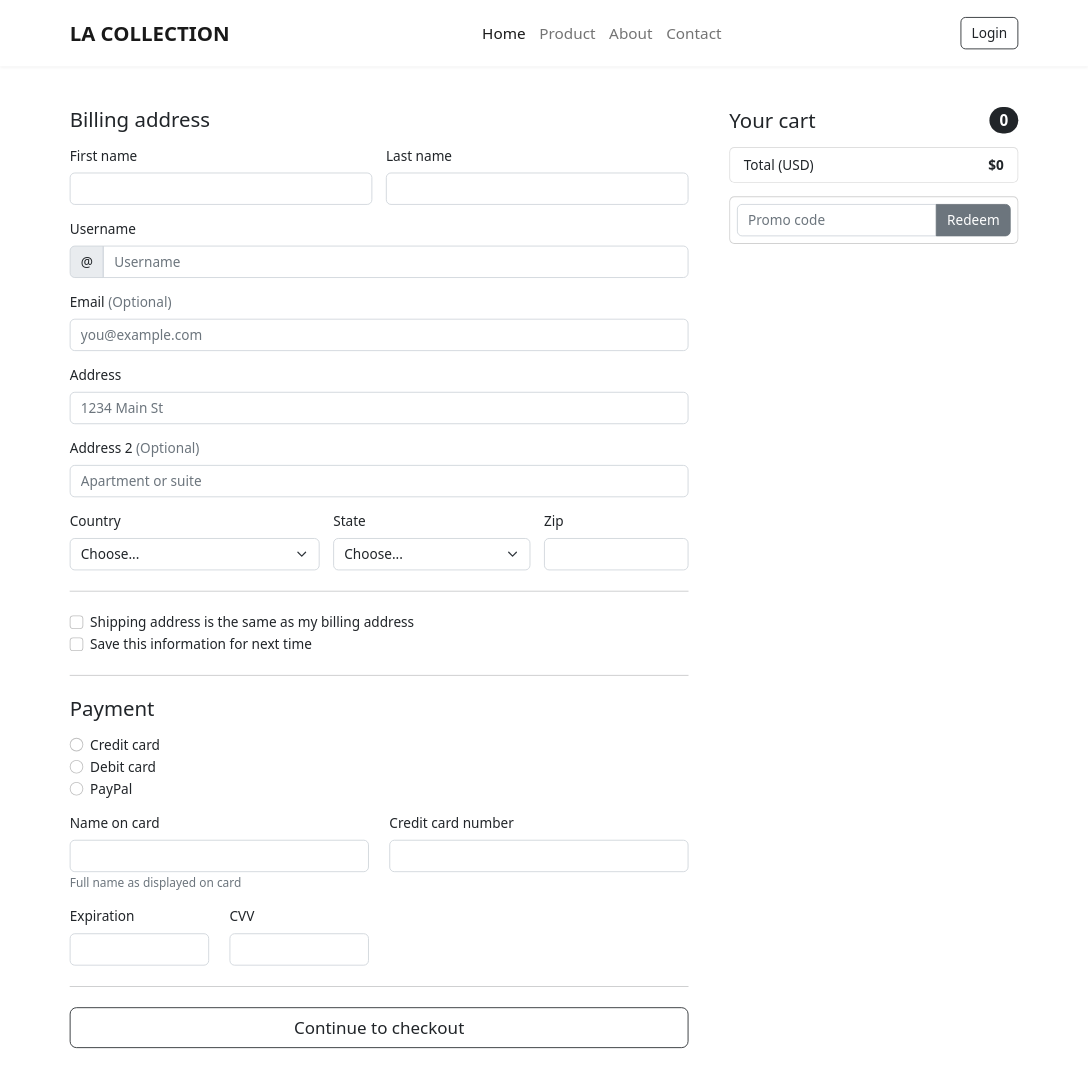
Repository: tiendungjr123/Ecommerce
Page: /checkout
The author's editor kept a copy of each file at every save. The page is drawn from the files as they stood at one save, then again after the next save.
The browser window is 1280 px wide. The pictures show the whole page, at 85% of full size.
The project was rebuilt for these pictures with package versions that can differ from the ones it lists, and the page was loaded fresh each time. Also part of the build but not shown: src/components/Products.jsx, src/components/Home.jsx, src/redux/action/index.js, src/components/ProductDetail.jsx, src/components/About.jsx, src/components/Contact.jsx, src/components/Cart.jsx.

Above is the page before, as saved 2022-10-04 14:52:55.

### src/index.js
import React from 'react';
import ReactDOM from 'react-dom/client';
import './index.css';
import App from './App';
import '../node_modules/bootstrap/dist/css/bootstrap.min.css';
import '../node_modules/font-awesome/css/font-awesome.min.css';
import 'react-loading-skeleton/dist/skeleton.css'
import { BrowserRouter } from 'react-router-dom';
import store from './redux/store';
import { Provider } from 'react-redux';
const root = ReactDOM.createRoot(document.getElementById('root'));
root.render(
   <BrowserRouter>
      <Provider store={store}>
         <App />
      </Provider>
   </BrowserRouter>
);

### src/index.css
body {
   margin: 0;
   font-family: -apple-system, BlinkMacSystemFont, "Segoe UI", "Roboto", "Oxygen", "Ubuntu", "Cantarell", "Fira Sans",
      "Droid Sans", "Helvetica Neue", sans-serif;
   -webkit-font-smoothing: antialiased;
   -moz-osx-font-smoothing: grayscale;
}

code {
   font-family: source-code-pro, Menlo, Monaco, Consolas, "Courier New", monospace;
}

### src/App.js
import './App.css';
import Home from './components/Home';
import Navbar from './components/Navbar';
import {Route,  Routes} from 'react-router-dom';
import Products from './components/Products';
import ProductDetail from './components/ProductDetail';
import About from './components/About';
import Contact from './components/Contact';
import Cart from './components/Cart';
import Checkout from './components/Checkout';
function App() {
   return (
      <>
         <Navbar/>
         <Routes>
            <Route exact path='/' element={<Home/>}/>
            <Route exact path='/products' element={<Products/>}/>
            <Route exact path='/products/:id' element={<ProductDetail/>}/>
            <Route exact path='/about' element={<About/>}/>
            <Route exact path='/contact' element={<Contact/>}/>
            <Route exact path='/cart' element={<Cart/>}/>
            <Route exact path='/checkout' element={<Checkout/>}/>
         </Routes>
      </>
   );
}

export default App;

### src/redux/store.js
import { createStore } from "redux";
import rootReducers from "./reducer";
const store = createStore(rootReducers);

export default store;

### src/App.css
/* Navbar css */

.navbar-nav a{
   font-size: 18px;
}

/* Card css*/

.card{
   transition: all 0.5s ease;
}

.card:hover{
   transform: scale(1);
   box-shadow: 5px 5px 10px rgba(0, 0, 0, 0.5);
}

/* Product detail */
.img-detail{
   transition: all 0.5s ease;
}
.img-detail:hover{
   transform: scale(1.1);
   box-shadow: 5px 5px 10px rgba(0, 0, 0, 0.5);
}

### src/components/Navbar.jsx
import React from 'react';
import { NavLink } from 'react-router-dom';
import { useSelector } from 'react-redux';
import Login from './Login';
const Navbar = () => {
   const state = useSelector((state) => state.handleCart);
   return (
      <div>
         <nav className="navbar navbar-expand-lg bg-white py-3 shadow-sm">
            <div className="container">
               <NavLink className="navbar-brand fw-bold fs-4" to="/">LA COLLECTION</NavLink>
               <button className="navbar-toggler" type="button" data-bs-toggle="collapse" data-bs-target="#navbarSupportedContent" aria-controls="navbarSupportedContent" aria-expanded="false" aria-label="Toggle navigation">
                  <span className="navbar-toggler-icon"></span>
               </button>
               <div className="collapse navbar-collapse" id="navbarSupportedContent">
                  <ul className="navbar-nav mx-auto mb-2 mb-lg-0">
                     <li className="nav-item">
                        <NavLink className="nav-link active" aria-current="page" to="/">Home</NavLink>
                     </li>
                     <li className="nav-item">
                        <NavLink className="nav-link" to="/products">Product</NavLink>
                     </li>
                     <li className="nav-item">
                        <NavLink className="nav-link" to="/about">About</NavLink>
                     </li>
                     <li className="nav-item">
                        <NavLink className="nav-link" to="/contact">Contact</NavLink>
                     </li>
                  </ul>
                  <div className="buttons">
                     {/* <NavLink to="/login" className='btn btn-outline-dark'>
                        <i className='fa fa-sign-in me-1'></i>Login
                     </NavLink>
                     <NavLink to="/register" className='btn btn-outline-dark ms-2'>
                        <i className='fa fa-user-plus me-1'></i>Register
                     </NavLink>
                     <NavLink to="/cart" className='btn btn-outline-dark m-2'>
                        <i className='fa fa-shopping-cart me-1'></i>Cart({state.length})
                     </NavLink> */}
                     <Login />
                  </div>
               </div>
            </div>
         </nav>
      </div>
   );
}

export default Navbar;

### src/components/Checkout.jsx
import React from 'react';
import { useSelector } from 'react-redux';

const Checkout = () => {
   const state = useSelector((state) => state.handleCart);
   var total = 0;
   const productList = (product) =>{
      total = total + product.price;
      return (
         <li className='list-group-item d-flex justify-content-between lh-sm'>
            <div>
               <h6 className='my-0'>{product.title}</h6>
            </div>
            <span className='text-muted'>${product.price}</span>
         </li>
      )
   }
   return (
      <div className='container my-5'>
         <div className="row g-5">
            <div className="col-md-5 col-lg-4 order-md-last">
               <h4 className="d-flex justify-content-between align-items-center mb-3">
                  <span >Your cart</span>
                  <span className="badge bg-dark rounded-pill">{state.length}</span>
               </h4>
               <ul className="list-group mb-3">
                  {state.map(productList)}
                  <li className="list-group-item d-flex justify-content-between">
                     <span>Total (USD)</span>
                     <strong>${total}</strong>
                  </li>
               </ul>

               <form className="card p-2">
                  <div className="input-group">
                     <input type="text" className="form-control" placeholder="Promo code" />
                     <button type="submit" className="btn btn-secondary">Redeem</button>
                  </div>
               </form>
            </div>
            <div className="col-md-7 col-lg-8">
               <h4 className="mb-3">Billing address</h4>
               <form className="needs-validation" novalidate="">
                  <div className="row g-3">
                     <div className="col-sm-6">
                        <label htmlFor="firstName" className="form-label">First name</label>
                        <input type="text" className="form-control" id="firstName" placeholder="" value="" required="" />
                        <div className="invalid-feedback">
                           Valid first name is required.
                        </div>
                     </div>

                     <div className="col-sm-6">
                        <label htmlFor="lastName" className="form-label">Last name</label>
                        <input type="text" className="form-control" id="lastName" placeholder="" value="" required="" />
                        <div className="invalid-feedback">
                           Valid last name is required.
                        </div>
                     </div>

                     <div className="col-12">
                        <label htmlFor="username" className="form-label">Username</label>
                        <div className="input-group has-validation">
                           <span className="input-group-text">@</span>
                           <input type="text" className="form-control" id="username" placeholder="Username" required="" />
                           <div className="invalid-feedback">
                              Your username is required.
                           </div>
                        </div>
                     </div>

                     <div className="col-12">
                        <label htmlFor="email" className="form-label">Email <span className="text-muted">(Optional)</span></label>
                        <input type="email" className="form-control" id="email" placeholder="you@example.com" />
                        <div className="invalid-feedback">
                           Please enter a valid email address for shipping updates.
                        </div>
                     </div>

                     <div className="col-12">
                        <label htmlFor="address" className="form-label">Address</label>
                        <input type="text" className="form-control" id="address" placeholder="1234 Main St" required="" />
                        <div className="invalid-feedback">
                           Please enter your shipping address.
                        </div>
                     </div>

                     <div className="col-12">
                        <label htmlFor="address2" className="form-label">Address 2 <span className="text-muted">(Optional)</span></label>
                        <input type="text" className="form-control" id="address2" placeholder="Apartment or suite" />
                     </div>

                     <div className="col-md-5">
                        <label htmlFor="country" className="form-label">Country</label>
                        <select className="form-select" id="country" required="">
                           <option value="">Choose...</option>
                           <option>United States</option>
                        </select>
                        <div className="invalid-feedback">
                           Please select a valid country.
                        </div>
                     </div>

                     <div className="col-md-4">
                        <label htmlFor="state" className="form-label">State</label>
                        <select className="form-select" id="state" required="">
                           <option value="">Choose...</option>
                           <option>California</option>
                        </select>
                        <div className="invalid-feedback">
                           Please provide a valid state.
                        </div>
                     </div>

                     <div className="col-md-3">
                        <label htmlFor="zip" className="form-label">Zip</label>
                        <input type="text" className="form-control" id="zip" placeholder="" required="" />
                        <div className="invalid-feedback">
                           Zip code required.
                        </div>
                     </div>
                  </div>
                  <hr className="my-4" />
                  <div className="form-check">
                     <input type="checkbox" className="form-check-input" id="same-address" />
                     <label className="form-check-label" htmlFor="same-address">Shipping address is the same as my billing address</label>
                  </div>
                  <div className="form-check">
                     <input type="checkbox" className="form-check-input" id="save-info" />
                     <label className="form-check-label" htmlFor="save-info">Save this information for next time</label>
                  </div>
                  <hr className="my-4" />
                  <h4 className="mb-3">Payment</h4>
                  <div className="my-3">
                     <div className="form-check">
                        <input id="credit" name="paymentMethod" type="radio" className="form-check-input" checked="" required="" />
                        <label className="form-check-label" htmlFor="credit">Credit card</label>
                     </div>
                     <div className="form-check">
                        <input id="debit" name="paymentMethod" type="radio" className="form-check-input" required="" />
                        <label className="form-check-label" htmlFor="debit">Debit card</label>
                     </div>
                     <div className="form-check">
                        <input id="paypal" name="paymentMethod" type="radio" className="form-check-input" required="" />
                        <label className="form-check-label" htmlFor="paypal">PayPal</label>
                     </div>
                  </div>
                  <div className="row gy-3">
                     <div className="col-md-6">
                        <label htmlFor="cc-name" className="form-label">Name on card</label>
                        <input type="text" className="form-control" id="cc-name" placeholder="" required="" />
                        <small className="text-muted">Full name as displayed on card</small>
                        <div className="invalid-feedback">
                           Name on card is required
                        </div>
                     </div>

                     <div className="col-md-6">
                        <label htmlFor="cc-number" className="form-label">Credit card number</label>
                        <input type="text" className="form-control" id="cc-number" placeholder="" required="" />
                        <div className="invalid-feedback">
                           Credit card number is required
                        </div>
                     </div>

                     <div className="col-md-3">
                        <label htmlFor="cc-expiration" className="form-label">Expiration</label>
                        <input type="text" className="form-control" id="cc-expiration" placeholder="" required="" />
                        <div className="invalid-feedback">
                           Expiration date required
                        </div>
                     </div>

                     <div className="col-md-3">
                        <label htmlFor="cc-cvv" className="form-label">CVV</label>
                        <input type="text" className="form-control" id="cc-cvv" placeholder="" required="" />
                        <div className="invalid-feedback">
                           Security code required
                        </div>
                     </div>
                  </div>
                  <hr className="my-4" />
                  <button className="w-100 btn btn-outline-dark btn-lg" type="submit">Continue to checkout</button>
               </form>
            </div>
         </div>
      </div>
   );
}

export default Checkout;

### src/redux/reducer/index.js
import handleCart from "./handleCart";
import { combineReducers } from "redux";

const rootReducers =  combineReducers({
   handleCart,
})

export default rootReducers;

### src/components/Login.jsx
import React from 'react';

const Login = () => {
   return (
      <>
         <button type="button" class="btn btn-outline-dark" data-bs-toggle="modal" data-bs-target="#exampleModal">
            Login
         </button>
         <div class="modal fade" id="exampleModal" tabindex="-1" aria-labelledby="exampleModalLabel" aria-hidden="true">
            <div class="modal-dialog">
               <div class="modal-content">
                  <div class="modal-header">
                     <h1 class="modal-title fs-5" id="exampleModalLabel">Modal title</h1>
                     <button type="button" class="btn-close" data-bs-dismiss="modal" aria-label="Close"></button>
                  </div>
                  <div class="modal-body">
                     ...
                  </div>
                  <div class="modal-footer">
                     <button type="button" class="btn btn-secondary" data-bs-dismiss="modal">Close</button>
                     <button type="button" class="btn btn-primary">Save changes</button>
                  </div>
               </div>
            </div>
         </div>
      </>
   );
}

export default Login;

### src/redux/reducer/handleCart.js
const cart = [];

const handleCart = (state = cart, action) => {
   const product = action.payload;
   switch (action.type) {
      case 'cart/addProduct':
         const exist = state.find((x) => x.id === product.id);
         if (exist) {
            return state.map((x) => x.id === product.id ? { ...x, qty: x.qty + 1 } : x)
         }else{
            const product = action.payload;
            return [
               ...state,
               {
                  ...product,
                  qty: 1,
               }
            ]
         }
         break;
      case 'cart/deleteProduct':
         const exist1 = state.find((x) => x.id === product.id);
         if(exist1.qty === 1){
            return state.filter((x) => x.id !== exist1.id)
         }
         else{
            return state.map((x) =>
               x.id === product.id ? {...x, qty: x.qty-1}:x
            );
         }
         break;
      default:
         return state;
   }
}

export default handleCart;

Loaded but not shown: public/index.html (common file)

After the next save:
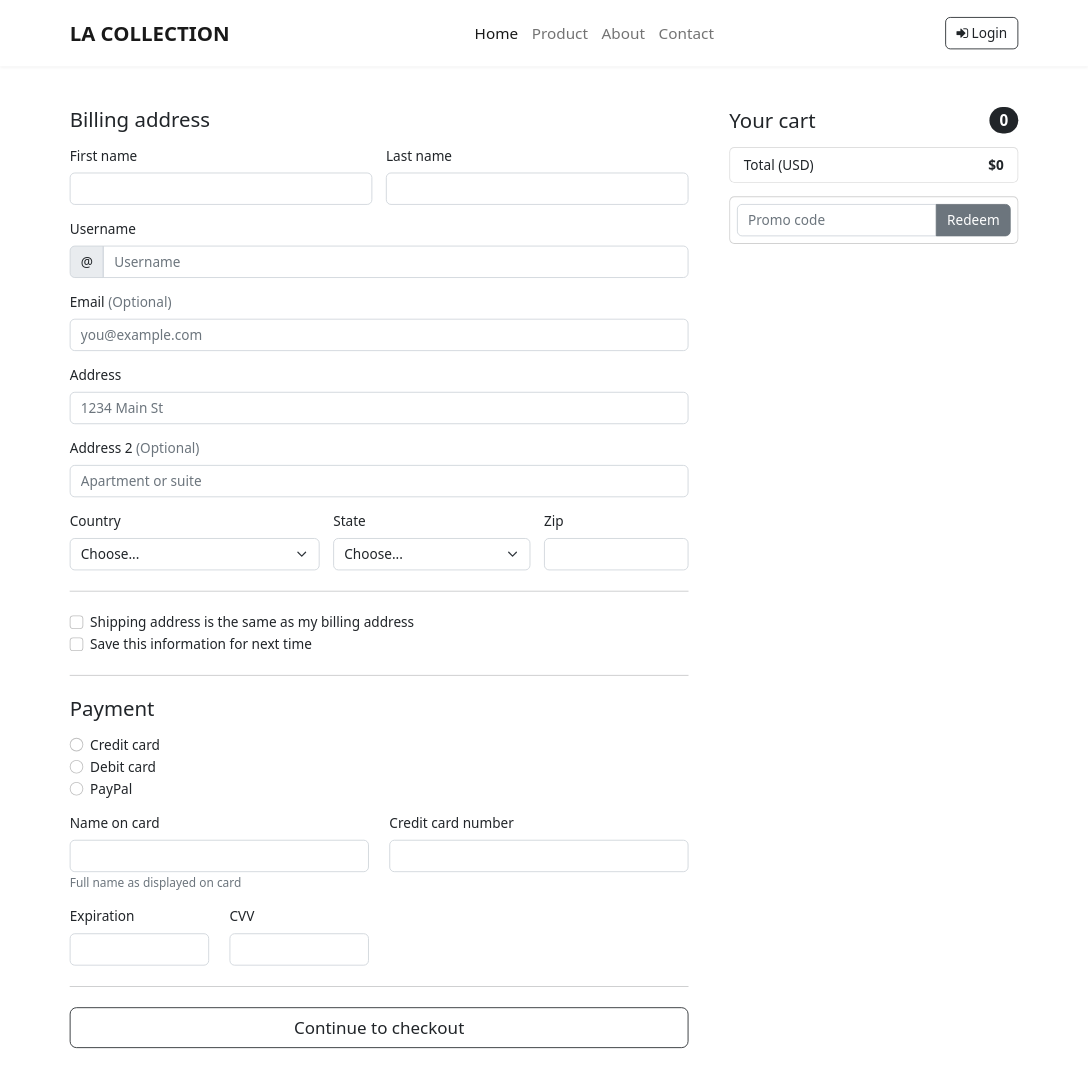
Saved 53 s later.
--- a/src/components/Login.jsx
+++ b/src/components/Login.jsx
@@ -4,7 +4,7 @@
    return (
       <>
          <button type="button" class="btn btn-outline-dark" data-bs-toggle="modal" data-bs-target="#exampleModal">
-            Login
+         <i className='fa fa-sign-in me-1'/>Login
          </button>
          <div class="modal fade" id="exampleModal" tabindex="-1" aria-labelledby="exampleModalLabel" aria-hidden="true">
             <div class="modal-dialog">
